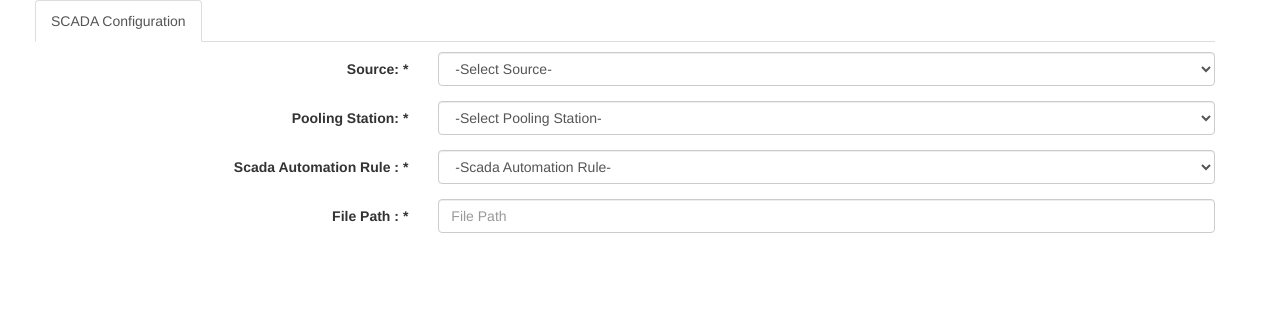
Repository: ashishNautiyal/microservices
Page: http://localhost/new-re-1/WEB-INF/jsp/scadaConfig.jsp
The author's editor kept a copy of each file at every save. The page is drawn from the files as they stood at one save, then again after the next save.
The browser window is 1280 px wide. The pictures show the whole page.
The page is served by Tomcat 9. Nobody is signed in. The template is opened directly, without the code that normally fills it, so the values that code supplies are empty.

Above is the page before, as saved 2019-11-04 05:23:03.

After the next save:
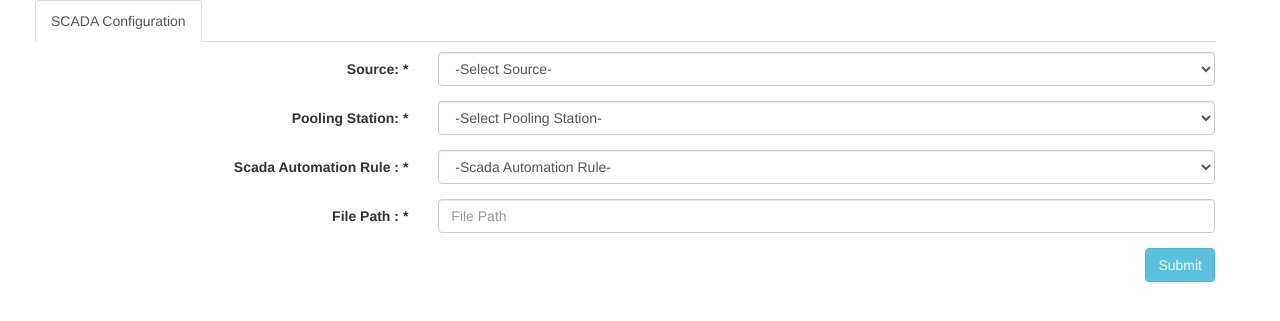
Saved 25 min 36 s later.
--- a/microservice-poc/new-re-1/src/main/webapp/WEB-INF/jsp/scadaConfig.jsp
+++ b/microservice-poc/new-re-1/src/main/webapp/WEB-INF/jsp/scadaConfig.jsp
@@ -93,6 +93,13 @@
 													</div>
 												</div>
 
+												<div class="col-sm-12">
+													<div class="box-footer1 frombtn">
+														<button type="submit" class="btn btn-info pull-right"
+															id="addMastFileUpload">Submit</button>
+													</div>
+												</div>
+
 
 											</div>
 										</div>
